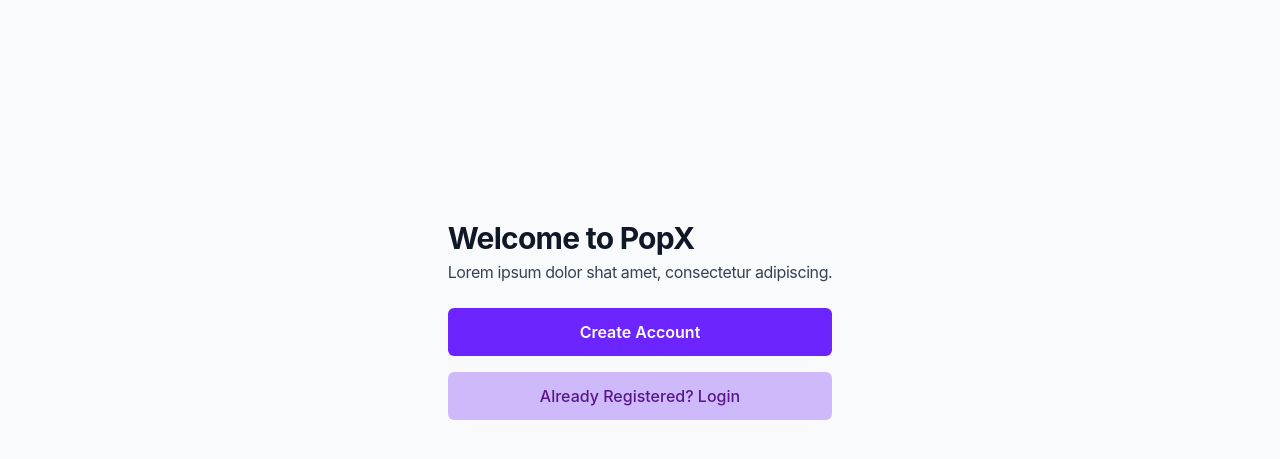
Repository: tanayburbure/inter
Page: /
These files come from the project's save history. The page is drawn as it stood at one moment and after the next save; the edit follows.
The browser window is 1280 px wide. The pictures show the whole page.
The project was rebuilt for these pictures with package versions that can differ from the ones it lists, and the page was loaded fresh each time. Also part of the build but not shown: vite.config.js, src/pages/Login.jsx, src/pages/Signup.jsx, src/pages/Account.jsx.

Above is the page before, as saved 2025-06-17 22:25:45.

### src/index.css
@import "tailwindcss";

body {
  font-family: 'Inter', sans-serif;
}

### src/App.jsx
import React from "react";
import { BrowserRouter as Router, Routes, Route, useLocation, useNavigate } from "react-router-dom";
import Welcome from "./pages/Welcome";
import Login from "./pages/Login";
import Signup from "./pages/Signup";
import Account from "./pages/Account";

function BackButton() {
  const location = useLocation();
  const navigate = useNavigate();

  // Hide the button only on the Welcome page
  if (location.pathname === "/") return null;

  return (
    <button
      onClick={() => navigate(-1)}
      className="absolute top-4 left-4 px-4 py-2 bg-white border border-gray-300 rounded shadow text-sm hover:bg-gray-50"
    >
      ← Back
    </button>
  );
}

export default function App() {
  return (
    <Router>
      <div className="relative min-h-screen bg-gray-100 text-gray-900">
        <BackButton />
        <Routes>
          <Route path="/" element={<Welcome />} />
          <Route path="/login" element={<Login />} />
          <Route path="/signup" element={<Signup />} />
          <Route path="/account" element={<Account />} />
        </Routes>
      </div>
    </Router>
  );
}

### src/pages/Welcome.jsx
import { useNavigate } from 'react-router-dom';

export default function Welcome() {
  const navigate = useNavigate();

  return (
    <div className="min-h-screen md:items-center mg:justify-center lg:items-center lg:justify-center flex flex-col justify-end px-6 py-12 bg-gray-50">
      <div className="mb-20">
        <h1 className="text-3xl font-bold mb-1 tracking-tight">Welcome to PopX</h1>
        <p className="text-md text-gray-700 mb-6 tracking-tight">
          Lorem ipsum dolor shat amet, consectetur adipiscing.
        </p>
        <button
          onClick={() => navigate('/signup')}
          className="w-full bg-[#6C25FF] text-white py-3 rounded-md font-semibold mb-4"
        >
          Create Account
        </button>
        <button
          onClick={() => navigate('/login')}
          className="w-full bg-[#CEBAFB] text-purple-900 py-3 rounded-md font-medium"
        >
          Already Registered? Login
        </button>
      </div>
    </div>
  );
}

Loaded but not shown: index.html (common file); src/main.jsx (common file)

After the next save:
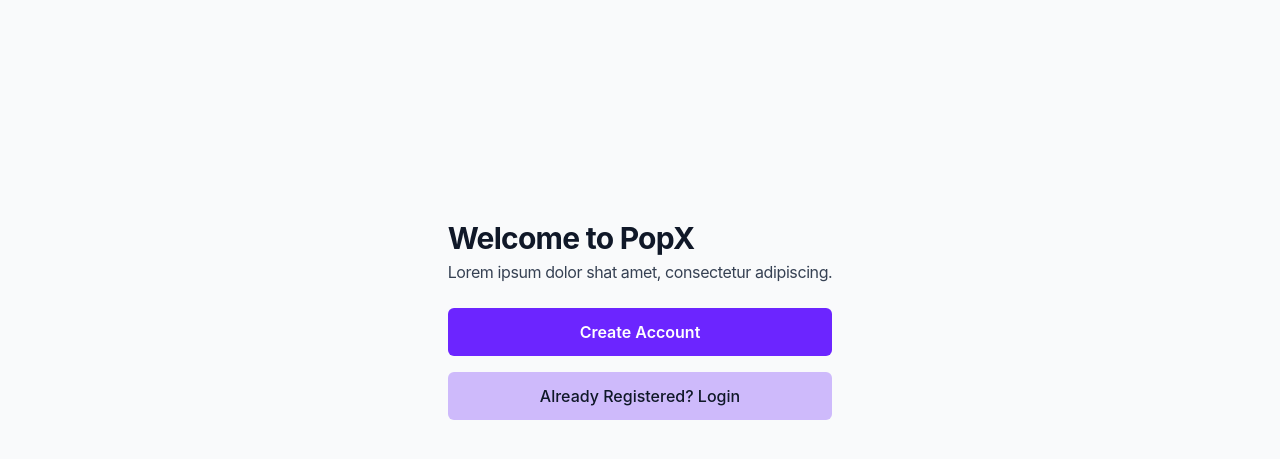
Saved 33 s later.
--- a/src/pages/Welcome.jsx
+++ b/src/pages/Welcome.jsx
@@ -18,7 +18,7 @@
         </button>
         <button
           onClick={() => navigate('/login')}
-          className="w-full bg-[#CEBAFB] text-purple-900 py-3 rounded-md font-medium"
+          className="w-full bg-[#CEBAFB] py-3 rounded-md font-medium"
         >
           Already Registered? Login
         </button>
